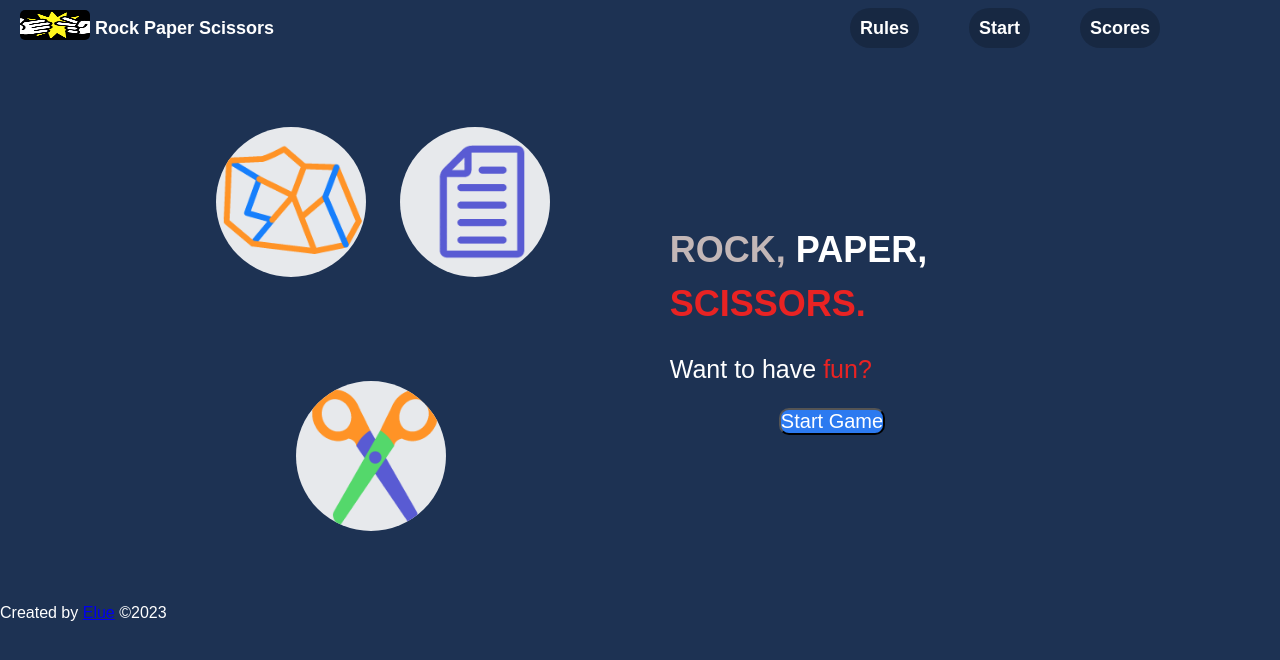
Repository: MikkyPrestige/rock-paper-scissors
Page: index.html
The author's editor kept a copy of each file at every save. The page is drawn from the files as they stood at one save, then again after the next save.
The browser window is 1280 px wide. The pictures show the whole page.

Above is the page before, as saved 2023-05-08 05:11:53.

### index.html
<!DOCTYPE html>
<html lang="en">

<head>
  <meta charset="UTF-8">
  <meta http-equiv="X-UA-Compatible" content="IE=edge">
  <meta name="viewport" content="width=device-width, initial-scale=1.0">
  <title>Rock, Paper or Scissors Game</title>
  <link rel="stylesheet" href="./index.css">
  <!-- <script src="./index.js" defer></script> -->
</head>

<body>
  <main>
    <header>
      <figure>
        <a href="/">
          <img src="./img/logo.png" alt="Logo" class="logo">
        </a>
        <figcaption>Rock Paper Scissors</figcaption>
      </figure>
      <nav>
        <ul>
          <li><a href="#">Rules</a></li>
          <li><a href="#">Start</a></li>
          <li><a href="#">Scores</a></li>
        </ul>
      </nav>
    </header>
    <section class="home">
      <div class="images">
        <img src="./img/Rock.gif" alt="Rock image" class="img rock">
        <img src="./img/Paper.gif" alt="Paper image" class="img paper">
        <img src="./img/Scissors.gif" alt="Scissors image" class="img scissors">
      </div>
      <div class="content">
        <h1 class="content--title"><span class="content-rock">Rock,</span> Paper, <span class="content-scissors">Scissors.</span></h1>
        <p class="content--text">Want to have <span class="fun">fun?</span></p>
        <button type="submit" class="btn">Start Game</button>
      </div>
    </section>

    <footer>
      <p>Created by <a href="#" target="_blank">Elue</a> &copy;2023</p>
    </footer>
  </main>
</body>

</html>

### index.css
*,
*::after,
*::before {
  box-sizing: border-box;
  margin: 0;
  padding: 0;
}

html {
  font-size: 62.5%;
}

body {
  font-family: "Fira Sans", sans-serif;
  font-size: 1.6rem;
  line-height: 1.5;
  background: rgba(29, 50, 83, 1);
  color: rgba(255, 255, 255, 1);
  width: 100%;
  height: 100%;
}

main {
  display: flex;
  flex-direction: column;
  justify-content: center;
  gap: 2rem;
  height: 100%;
  width: 100%;
}

header {
  display: flex;
  justify-content: space-between;
  align-items: center;
  padding: 1rem 2rem;
  width: 100%;
  height: auto;
}

figure {
  display: flex;
  align-items: center;
  gap: .5rem;
  height: auto;
}

.logo {
  width: 7rem;
  height: 3rem;
  border-radius: .5rem;
  -webkit-border-radius: .5rem;
  -moz-border-radius: .5rem;
  -ms-border-radius: .5rem;
  -o-border-radius: .5rem;
}

figcaption {
  font-size: 1.8rem;
  font-weight: 600;
  color: rgba(255, 255, 255, 1);
}

nav {
  height: auto;
  margin-right: 10rem;
}

ul {
  display: flex;
  justify-content: center;
  align-items: center;
  gap: 5rem;
  list-style: none;
}

li a {
  font-size: 1.8rem;
  font-weight: 600;
  color: rgba(255, 255, 255, 1);
  background: linear-gradient(0deg, rgba(0, 0, 0, 0.2), rgba(0, 0, 0, 0.2)), #1D3253;
  text-decoration: none;
  padding: 1rem;
  border-radius: 2rem;
}

li a:hover {
  background: rgba(255, 255, 255, 1);
  color: rgba(29, 50, 83, 1);
  text-decoration: underline;
}

.home {
  display: flex;
  justify-content: center;
  align-items: center;
  width: 100%;
  height: 70vh;
}

.images {
  position: relative;
  height: 100%;
  flex-basis: 30%;
}

.img {
  background: rgba(253, 253, 253, 0.9);
  border-radius: 50%;
  -webkit-border-radius: 50%;
  -moz-border-radius: 50%;
  -ms-border-radius: 50%;
  -o-border-radius: 50%;
  width: 15rem;
  height: 15rem;
}

.rock {
  position: absolute;
  top: 5rem;
  left: 0rem;
}

.paper {
  position: absolute;
  top: 5rem;
  right: 5rem;
}

.scissors {
  position: absolute;
  bottom: 5rem;
  left: 8rem;
}

.content {
  display: flex;
  flex-direction: column;
  justify-content: center;
  align-items: center;
  gap: 2rem;
}

.content--title {
  font-size: 3.6rem;
  font-weight: 600;
  width: 70%;
  text-transform: uppercase;
}

.content-rock {
  color: rgba(195, 183, 183, 1);
}

.content-scissors {
  color:rgba(233, 35, 35, 1);
}

.content--text {
  font-size: 2.5rem;
  width: 70%;
}

.fun {
  color:rgba(233, 35, 35, 1);
}

.btn {
  /*display: flex;
  justify-content: center;
  align-items: center;
  gap: 1rem;
  */background: #2C7AF0;
  border-radius: 1rem;
  -webkit-border-radius: 1rem;
  -moz-border-radius: 1rem;
  -ms-border-radius: 1rem;
  -o-border-radius: 1rem;
  font-size: 2rem;
  color: #FFFFFF;
}

After the next save:
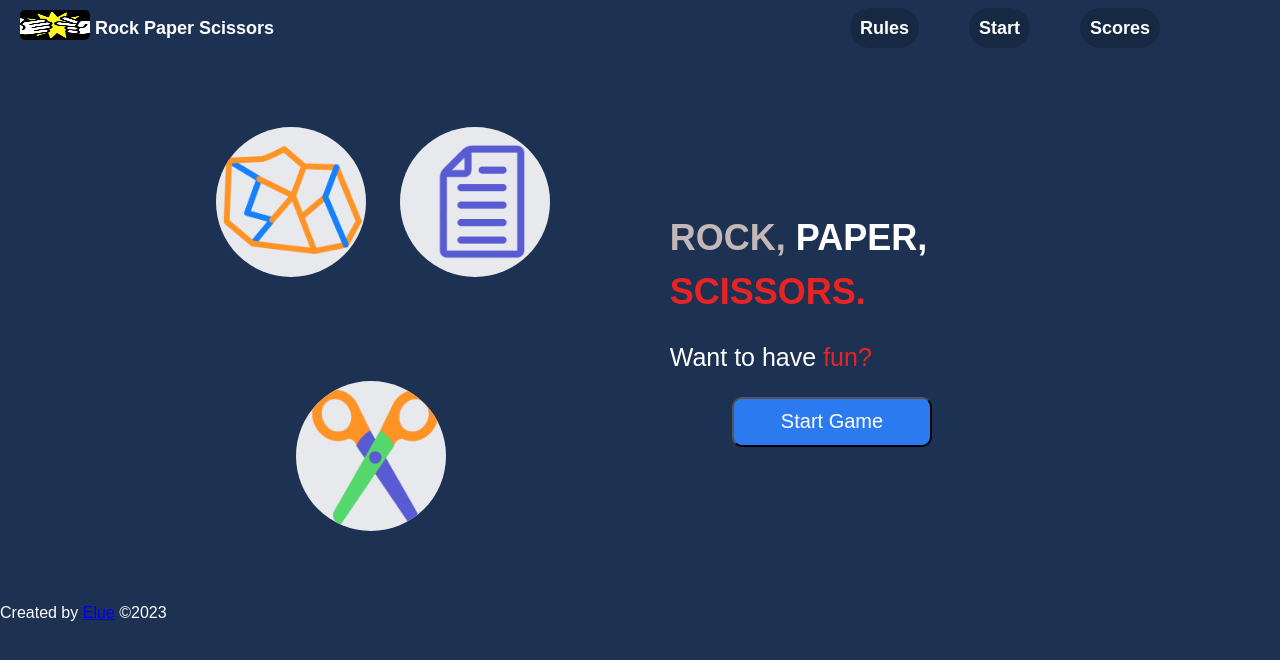
Saved 90 s later.
--- a/index.css
+++ b/index.css
@@ -158,6 +158,7 @@ li a:hover {
 
 .content--text {
   font-size: 2.5rem;
+  font-weight: 400;
   width: 70%;
 }
 
@@ -166,16 +167,14 @@ li a:hover {
 }
 
 .btn {
-  /*display: flex;
-  justify-content: center;
-  align-items: center;
-  gap: 1rem;
-  */background: #2C7AF0;
+  width: 20rem;
+  height: 5rem;
+  background: #2C7AF0;
   border-radius: 1rem;
   -webkit-border-radius: 1rem;
   -moz-border-radius: 1rem;
   -ms-border-radius: 1rem;
   -o-border-radius: 1rem;
   font-size: 2rem;
-  color: #FFFFFF;
+  color: rgba(255, 255, 255, 1);
 }
